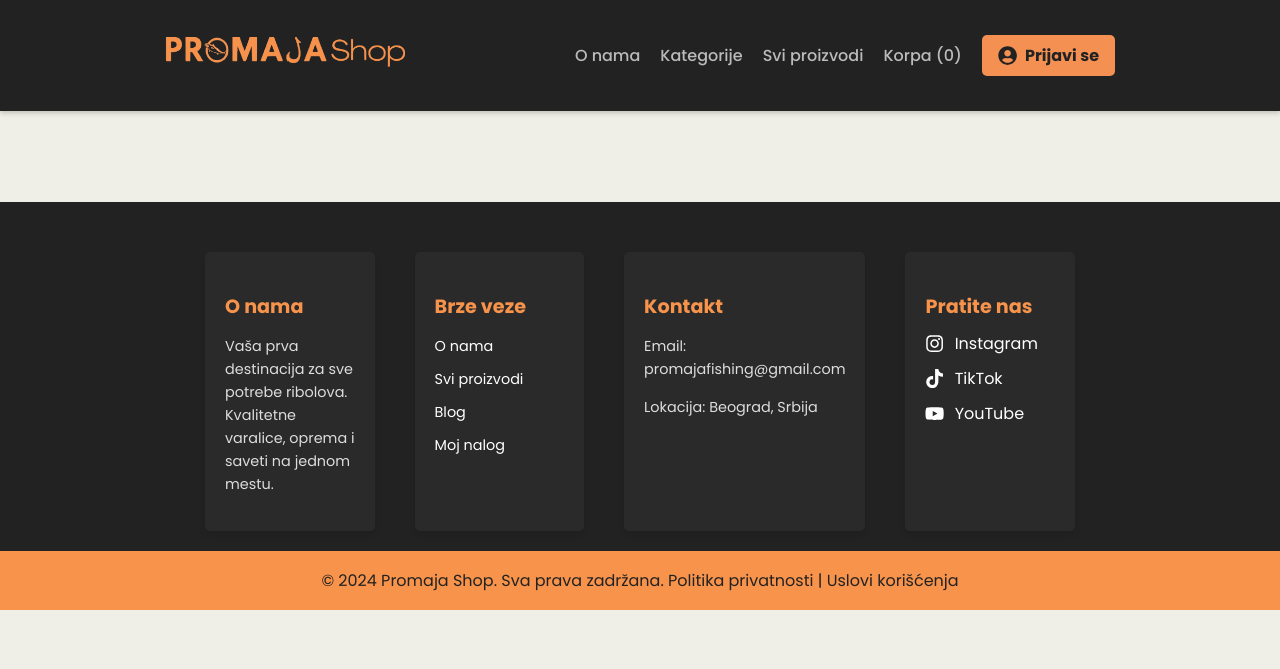
Repository: dimitrijekokovic/PromajaShopFront
Page: /products
These files come from the project's save history. The page is drawn as it stood at one moment and after the next save; the edit follows.
The browser window is 1280 px wide. The pictures show the whole page.
The page's requests for data from a server got no answer. The project was rebuilt for these pictures with package versions that can differ from the ones it lists, and the page was loaded fresh each time. The framework's server and built-in components were replaced by stand-ins that run in the browser. No one was signed in, and anything a server would have sent is missing. Also part of the build but not shown: next.config.js, next.config.mjs, lib/colors.js, components/Button.js, components/icons/CartIcon.js, components/ProductBox.js.

Above is the page before, as saved 2025-01-25 01:35:48.

### pages/_app.js
import React, { useEffect } from "react";
import { SessionProvider } from "next-auth/react";
import { CartContextProvider } from "@/components/CartContext";
import AOS from "aos";
import "aos/dist/aos.css";
import { AnimatePresence, motion } from "framer-motion";
import { createGlobalStyle } from "styled-components";


const GlobalStyles = createGlobalStyle`
  body {
    background-color: #EFEFE8;
    padding: 0;
    margin: 0;
    font-family: 'Poppins', sans-serif;
  }
`;

export default function App({ Component, pageProps, router }) {
  useEffect(() => {
    AOS.init({
      duration: 1200, // Trajanje animacija
      once: true, // Animacije se dešavaju samo jednom
    });
  }, []);

  return (
    <>
    <GlobalStyles />
    <SessionProvider session={pageProps.session}>
      <CartContextProvider>
        <AnimatePresence mode="wait">
          <motion.div
             key={router.route}
             initial={{ opacity: 0, }}
             animate={{ opacity: 1, }}
             exit={{ opacity: 0 }}
             transition={{ duration: 0.3 }}
          >
            <Component {...pageProps} />
          </motion.div>
        </AnimatePresence>
      </CartContextProvider>
    </SessionProvider>
    </>
  );
}

### pages/_document.js
import Document, { Html, Head, Main, NextScript } from "next/document";
import { ServerStyleSheet } from "styled-components";

export default class MyDocument extends Document {
  static async getInitialProps(ctx) {
    const sheet = new ServerStyleSheet();
    const originalRenderPage = ctx.renderPage;

    try {
      ctx.renderPage = () =>
        originalRenderPage({
          enhanceApp: (App) => (props) =>
            sheet.collectStyles(<App {...props} />),
        });

      const initialProps = await Document.getInitialProps(ctx);
      return {
        ...initialProps,
        styles: (
          <>
            {initialProps.styles}
            {sheet.getStyleElement()}
          </>
        ),
      };
    } finally {
      sheet.seal();
    }
  }

  render() {
    return (
      <Html lang="en">
        <Head>
          <link
            href="https://fonts.googleapis.com/css2?family=Poppins:wght@400;500;700&display=swap'"
            rel="stylesheet"
          />
        </Head>
        <body>
          <Main />
          <NextScript />
        </body>
      </Html>
    );
  }
}

### pages/products.js
import { useEffect, useState } from "react";
import { useRouter } from "next/router";
import axios from "axios";
import ProductsGrid from "@/components/ProductsGrid";
import Center from "@/components/Center";
import Title from "@/components/Title";
import Header from "@/components/Header";
import Footer from "@/components/Footer";

export default function ProductsPage() {
    const [products, setProducts] = useState([]);
    const [categoryName, setCategoryName] = useState("");
    const router = useRouter();
    const { category } = router.query;

    useEffect(() => {
        if (category) {
            axios.get(`/api/products?category=${category}`).then((res) => {
                setProducts(res.data);
                // Možda treba dodatni API poziv da se lepo ime kategorije dobije
                setCategoryName(category.charAt(0).toUpperCase() + category.slice(1));
            });
        } else {
            axios.get("/api/products").then((res) => {
                setProducts(res.data);
                setCategoryName("Svi Proizvodi");
            });
        }
    }, [category]);

    return (
        <>
        <Header></Header>
            <Center>
                <Title>{categoryName}</Title>
                <ProductsGrid products={products} />
            </Center>
            <Footer></Footer>
        </>
    );
}

### components/CartContext.js
// CartContext.js
import { createContext, useEffect, useState, useContext } from "react";

export const CartContext = createContext({});

export function CartContextProvider({ children }) {
  const ls = typeof window !== "undefined" ? window.localStorage : null;
  const [cartProducts, setCartProducts] = useState([]);
  const [user, setUser] = useState(null);

  // Učitavanje podataka o korisniku iz localStorage prilikom inicijalizacije
  useEffect(() => {
    if (ls && ls.getItem("user")) {
      try {
        const storedUser = ls.getItem("user");
        if (storedUser !== "undefined") {
          const parsedUser = JSON.parse(storedUser);
          if (parsedUser?.email) {
            setUser(parsedUser); // Postavi korisnika samo ako je validan
          } else {
            console.warn("Neispravan korisnik u localStorage, uklanjam.");
            ls.removeItem("user");
          }
        } else {
          console.warn("Stored user je undefined, preskačem parsing.");
        }
      } catch (error) {
        console.error("Greška prilikom parsiranja korisnika iz localStorage:", error);
        ls.removeItem("user");
      }
    }
  }, []);

  // Učitavanje proizvoda u korpi iz localStorage
  useEffect(() => {
    if (cartProducts?.length > 0) {
      ls?.setItem("cart", JSON.stringify(cartProducts));
    } else {
      ls?.removeItem("cart"); // Ako je korpa prazna, ukloni je iz localStorage
    }
  }, [cartProducts]);

  function addProduct(productId) {
    setCartProducts((prev) => [...prev, productId]);
  }

  function removeProduct(productId) {
    setCartProducts((prev) => {
      const pos = prev.indexOf(productId);
      if (pos !== -1) {
        return prev.filter((_, index) => index !== pos);
      }
      return prev;
    });
  }

  function clearCart() {
    setCartProducts([]);
    ls?.removeItem("cart"); // Obriši korpu iz localStorage
  }

  return (
    <CartContext.Provider
      value={{
        cartProducts,
        setCartProducts,
        addProduct,
        removeProduct,
        clearCart,
        user,
        setUser,
      }}
    >
      {children}
    </CartContext.Provider>
  );
}

export function useCart() {
  return useContext(CartContext);
}

### components/ProductsGrid.js
import styled from "styled-components";
import ProductBox from "./ProductBox";

const StyledProductsGrid = styled.div`
  display: grid;
  grid-template-columns: repeat(4, 1fr);
  gap: 20px;
  padding-bottom: 40px;

  @media (max-width: 768px) {
    grid-template-columns: repeat(2, 1fr);
    gap: 25px;
  }

  @media (max-width: 480px) {
    grid-template-columns: 1fr;
    gap: 10px;
    padding: 0 25px; /* Razmak sa strane */
  }
`;

export default function ProductsGrid({ products }) {
  return (
    <StyledProductsGrid>
      {products?.length > 0 &&
        products.map((product) => <ProductBox key={product._id} {...product} />)}
    </StyledProductsGrid>
  );
}

### components/Center.js
import { Children } from "react";
import styled from "styled-components";

const StyledDiv = styled.div`
  max-width: 950px;
  margin: 0 auto;
  padding: 0 ;
`;

export default function Center({ children }) {
  return (
    <StyledDiv>{children}</StyledDiv>
  );
}

### components/Title.js
const { default: styled } = require("styled-components");

const Title = styled.h1`
    font-size:2rem;
`;
export default Title;

### components/Header.js
import Link from "next/link";
import styled from "styled-components";
import Center from "./Center";
import Image from "next/image";
import { CartContext } from "./CartContext";
import { useContext, useState, useEffect } from "react";
import { FaUserCircle } from "react-icons/fa";
import CategoriesDropdown from "./CategoriesDropdown";

const StyledHeader = styled.header`
  background-color: #222;
  color: #FFA500;
  padding: 35px 25px;
  box-shadow: 0 2px 5px rgba(0, 0, 0, 0.2);
`;

const Wrapper = styled.div`
  display: flex;
  justify-content: space-between;
  align-items: center;
`;

const StyledNav = styled.nav`
  display: flex;
  gap: 20px;
  align-items: center;

  @media (max-width: 768px) {
    display: ${(props) => (props.open ? "flex" : "none")};
    flex-direction: column;
    position: absolute;
    top: 70px;
    left: 0;
    right: 0;
    background-color: #222;
    padding: 20px;
    border-radius: 0 0 10px 10px;
    z-index: 10;
    box-shadow: 0 2px 5px rgba(0, 0, 0, 0.3);
  }
`;

const NavLink = styled(Link)`
  color: #bbbbbb;
  text-decoration: none;
  font-size: 16px;
  font-weight: 500;
  line-height: 40px;
  display: flex;
  align-items: center;
  transition: color 0.3s ease;

  &:hover {
    color: #fff;
  }
`;

const LoginButton = styled(Link)`
  display: flex;
  align-items: center;
  justify-content: center;
  padding: 8px 16px;
  background-color: #f39052;
  color: #222222;
  text-decoration: none;
  border-radius: 5px;
  font-weight: bold;
  font-size: 16px;
  transition: background-color 0.3s ease;

  &:hover {
    background-color: #e69500;
  }

  svg {
    margin-right: 8px;
    font-size: 1.2rem;
  }
`;

const HamburgerMenu = styled.div`
  display: none;
  flex-direction: column;
  gap: 5px;
  cursor: pointer;

  div {
    width: 25px;
    height: 3px;
    background-color: #fff;
    border-radius: 2px;
  }

  @media (max-width: 768px) {
    display: flex;
  }
`;

const LogoWrapper = styled.div`
  max-width: 150px;

  @media (max-width: 768px) {
    max-width: 120px;
  }

  img {
    width: 100%;
    height: auto;
  }
`;

export default function Header() {
  const { cartProducts } = useContext(CartContext);
  const [isLoggedIn, setIsLoggedIn] = useState(false);
  const [menuOpen, setMenuOpen] = useState(false);

  useEffect(() => {
    const token = localStorage.getItem("token");
    setIsLoggedIn(!!token);
  }, []);

  return (
    <StyledHeader>
      <Center>
        <Wrapper>
          <Link href="/">
            <Image
              src="/logo.png"
              alt="PromajaShop Logo"
              width={240}
              height={30}
              priority
            />
          </Link>
          <HamburgerMenu onClick={() => setMenuOpen(!menuOpen)}>
            <div />
            <div />
            <div />
          </HamburgerMenu>
          <StyledNav open={menuOpen}>
            <NavLink href="/aboutus">O nama</NavLink>
            <CategoriesDropdown />
            <NavLink href="/products">Svi proizvodi</NavLink>
            <NavLink href="/cart">Korpa ({cartProducts?.length || 0})</NavLink>

            {isLoggedIn ? (
              <LoginButton href="/account">
                <FaUserCircle /> Moj nalog
              </LoginButton>
            ) : (
              <LoginButton href="/login">
                <FaUserCircle /> Prijavi se
              </LoginButton>
            )}
          </StyledNav>
        </Wrapper>
      </Center>
    </StyledHeader>
  );
}

### components/Footer.js
import Link from "next/link";
import styled from "styled-components";
import { FaInstagram, FaYoutube, FaTiktok } from "react-icons/fa";
import Center from "./Center";

const FooterContainer = styled.footer`
  background-color: #222;
  color: #fff;
  padding-top: 30px;
  margin-top:30px;
`;

const FooterContent = styled.div`
  display: grid;
  grid-template-columns: repeat(4, 1fr);
  gap: 40px;
  max-width: 1200px;
  margin: 0 auto;
  padding: 20px 40px;

  @media (max-width: 768px) {
    grid-template-columns: repeat(2, 1fr);
    gap: 20px;
  }

  @media (max-width: 480px) {
    grid-template-columns: 1fr;
    gap: 10px;
  }
`;


const FooterSection = styled.div`
  background-color: #2a2a2a; /* Tamnija pozadina unutar sekcija */
  padding: 20px;
  border-radius: 5px; /* Blagi zaobljeni uglovi */
  box-shadow: 0 4px 6px rgba(0, 0, 0, 0.1); /* Blagi efekat senke */

  h3 {
    margin-bottom: 10px;
    font-size: 1.2rem;
    text-align: left;
    color: #f7934b; /* Narandžasta za naslove */
  }

  p, ul {
    font-size: 0.9rem;
    line-height: 1.6;
    text-align: left;
    color: #ddd; /* Svetliji tekst */
  }

  ul {
    list-style: none;
    padding: 0;
  }

  li {
    margin-bottom: 10px;

    a {
      color: #fff;
      text-decoration: none;
      transition: color 0.3s ease; /* Tranzicija za hover efekat */

      &:hover {
        color: #ff6600; /* Promena boje na hover */
      }
    }
  }
`;

const SocialLinks = styled.div`
  display: flex;
  flex-direction: column;
  align-items: flex-start;

  a {
    display: flex;
    align-items: center;
    gap: 10px;
    margin-bottom: 10px;
    color: #fff;
    text-decoration: none;
    transition: color 0.3s ease; /* Tranzicija za hover efekat */

    &:hover {
      color: #f7934b; /* Promena boje na hover */
    }

    svg {
      font-size: 1.2rem;
    }
  }
`;


const LegalSection = styled.div`
  background-color: #f7934b;
  text-align: center;
  padding: 1px;
  color: #222222;
  font-size: 1rem; /* Povećan font */

  a {
    color: #222222;
    text-decoration: none;

    &:hover {
      text-decoration: underline;
    }
  }
`;

export default function Footer() {
    return (
      <FooterContainer>
        <Center>
        <FooterContent>
          <FooterSection>
            <h3>O nama</h3>
            <p>
              Vaša prva destinacija za sve potrebe ribolova. Kvalitetne varalice,
              oprema i saveti na jednom mestu.
            </p>
          </FooterSection>

          {/* Linkovi */}
          <FooterSection>
            <h3>Brze veze</h3>
            <ul>
              <li>
                <Link href="/aboutus" legacyBehavior>
                  <a>O nama</a>
                </Link>
              </li>
              <li>
                <Link href="/products" legacyBehavior>
                  <a>Svi proizvodi</a>
                </Link>
              </li>
              <li>
                <Link href="/blog" legacyBehavior>
                  <a>Blog</a>
                </Link>
              </li>
              <li>
                <Link href="/account" legacyBehavior>
                  <a>Moj nalog</a>
                </Link>
              </li>
            </ul>
          </FooterSection>

          {/* Kontakt informacije */}
          <FooterSection>
          <h3>Kontakt</h3>
          <p>Email: promajafishing@gmail.com</p>
          <p>Lokacija: Beograd, Srbija</p>
          </FooterSection>

          {/* Društvene mreže */}
          <FooterSection>
            <h3>Pratite nas</h3>
            <SocialLinks>
            <Link  href="https://www.instagram.com/promajafishing/" legacyBehavior>
                <a target="_blank">
                  <FaInstagram /> Instagram
                </a>
              </Link>
              <Link href="https://www.tiktok.com/@promajafishing?lang=en" legacyBehavior>
                <a target="_blank">
                  <FaTiktok /> TikTok
                </a>
              </Link>

              <Link href="https://www.youtube.com/@PromajaFishing" legacyBehavior>
                <a target="_blank">
                  <FaYoutube /> YouTube
                </a>
              </Link>
            </SocialLinks>
          </FooterSection>
        </FooterContent>
        </Center>
        {/* Pravna napomena */}
        <LegalSection>
          <p>
            &copy; 2024 Promaja Shop. Sva prava zadržana.{" "}
            <Link href="/privatnost" legacyBehavior>
              <a>Politika privatnosti</a>
            </Link>{" "}
            |{" "}
            <Link href="/uslovi" legacyBehavior>
              <a>Uslovi korišćenja</a>
            </Link>
          </p>
        </LegalSection>
      </FooterContainer>
    );
  }

### components/CategoriesDropdown.js
import { useEffect, useState } from "react";
import styled from "styled-components";
import Link from "next/link";

const DropdownContainer = styled.div`
  position: relative;
`;

const Trigger = styled.div`
  cursor: pointer;
  color: ${(props) => (props.isActive ? "#ffa500" : "#bbbbbb")};
  font-size: 16px;
  font-weight: 500;

  &:hover {
    color: #fff;
  }

  @media (max-width: 768px) {
    font-size: 18px;
    padding: 10px;
    text-align: left;
  }
`;
const DropdownMenu = styled.ul`
  position: absolute;
  top: 100%;
  left: 0;
  background: #333;
  padding: 15px 20px;
  border-radius: 8px;
  box-shadow: 0 8px 15px rgba(0, 0, 0, 0.2);
  list-style: none;
  z-index: 10;
  display: ${(props) => (props.isOpen ? "block" : "none")};
  width: 250px;

  li {
    margin: 10px 0;
    font-size: 16px;
    position: relative;

    &:hover > ul {
      display: block;
    }
  }

  a {
    color: #fff;
    text-decoration: none;
    font-size: 15px;
    transition: all 0.3s ease-in-out;

    &:hover {
      color: #f7934b;
    }
  }

  @media (max-width: 768px) {
    display: none;
  }
`;

const SubMenu = styled.ul`
  position: absolute;
  top: 0;
  left: 100%;
  background: #444;
  padding: 10px 15px;
  border-radius: 8px;
  box-shadow: 0 8px 15px rgba(0, 0, 0, 0.2);
  list-style: none;
  display: none;
  width: 200px;

  li {
    margin-bottom: 10px;
  }

  a {
    color: #fff;
    text-decoration: none;
    font-size: 15px;

    &:hover {
      color: #f7934b;
    }
  }

  @media (max-width: 768px) {
    position: static;
    width: 100%;
    padding: 0;
    background: none;
    border: none;
    box-shadow: none;
  }
`;

const MobileMenu = styled.div`
  position: fixed;
  top: 0;
  left: 0;
  width: 100%;
  height: 100%;
  background: rgba(0, 0, 0, 0.95);
  color: #fff;
  z-index: 20;
  overflow-y: auto;
  padding: 20px;
  display: flex;
  flex-direction: column;
  align-items: flex-start;

  @media (min-width: 769px) {
    display: none;
  }

  button {
    position: absolute;
    top: 10px;
    right: 20px;
    background: none;
    border: none;
    color: #ffa500;
    font-size: 24px;
    font-weight: bold;
    cursor: pointer;
  }

  ul {
    list-style: none;
    padding: 0;
    margin: 0;
    text-align: left;
    width: 100%;
  }

  li {
    margin: 15px 0;
  }

  a {
    color: #fff;
    text-decoration: none;
    font-size: 18px;
    font-weight: bold;

    &:hover {
      color: #ffa500;
    }
  }
`;

const BackButton = styled.button`
  background: none;
  border: none;
  color: #ffa500;
  font-size: 18px;
  font-weight: bold;
  cursor: pointer;

  position: absoulte;
  left: 20px;
  top: 20px; /* Razmak od vrha */
`;

const CloseButton = styled.button`
  background: none;
  border: none;
  color: #ffa500;
  font-size: 18px;
  font-weight: bold;
  cursor: pointer;
  position: absolute;
  right: ;
  top: 20px; /* Razmak od vrha */
`;

export default function CategoriesDropdown() {
  const [categories, setCategories] = useState([]);
  const [isOpen, setIsOpen] = useState(false);
  const [currentMenu, setCurrentMenu] = useState("main"); // Track current menu (main or subcategories)
  const [showMobileMenu, setShowMobileMenu] = useState(false);
  let timeoutId;

  useEffect(() => {
    const fetchCategories = async () => {
      try {
        const res = await fetch("/api/categories");
        const data = await res.json();
        setCategories(data);
      } catch (error) {
        console.error("Greška pri učitavanju kategorija:", error);
      }
    };
    fetchCategories();
  }, []);

  const mainCategories = categories.filter((cat) => !cat.parent);

  const handleMouseEnter = () => {
    clearTimeout(timeoutId);
    setIsOpen(true);
  };

  const handleMouseLeave = () => {
    timeoutId = setTimeout(() => setIsOpen(false), 50);
  };

  const renderMenuItems = () => {
    if (currentMenu === "main") {
      return mainCategories.map((mainCategory) => (
        <li key={mainCategory._id}>
          <a
            href="#"
            onClick={(e) => {
              e.preventDefault();
              const hasSubcategories = categories.some(
                (cat) => cat.parent?._id === mainCategory._id
              );
              if (hasSubcategories) {
                setCurrentMenu(mainCategory._id);
              } else {
                setShowMobileMenu(false); // Zatvara hamburger meni
              }
            }}
          >
            {mainCategory.name}
          </a>
        </li>
      ));
    } else {
      const subCategories = categories.filter(
        (cat) => cat.parent?._id === currentMenu
      );
      return (
        <>
          <BackButton onClick={() => setCurrentMenu("main")}>← Nazad</BackButton>
          {subCategories.map((subCategory) => (
            <li key={subCategory._id}>
              <Link
                href={`/categories/${subCategory.slug}`}
                onClick={() => {
                  setShowMobileMenu(false); // Zatvara hamburger meni
                  setCurrentMenu("main"); // Resetuje meni na glavni
                }}
              >
                {subCategory.name}
              </Link>
            </li>
          ))}
        </>
      );
    }
  };

  return (
    <>
      <DropdownContainer
        onMouseEnter={handleMouseEnter}
        onMouseLeave={handleMouseLeave}
      >
        <Trigger onClick={() => setShowMobileMenu(true)}>Kategorije</Trigger>
        <DropdownMenu isOpen={isOpen}>{renderMenuItems()}</DropdownMenu>
      </DropdownContainer>

      {showMobileMenu && (
        <MobileMenu>
          <CloseButton  onClick={() => setShowMobileMenu(false)}>× Zatvori</CloseButton >
          <ul>{renderMenuItems()}</ul>
        </MobileMenu>
      )}
    </>
  );
}

After the next save:
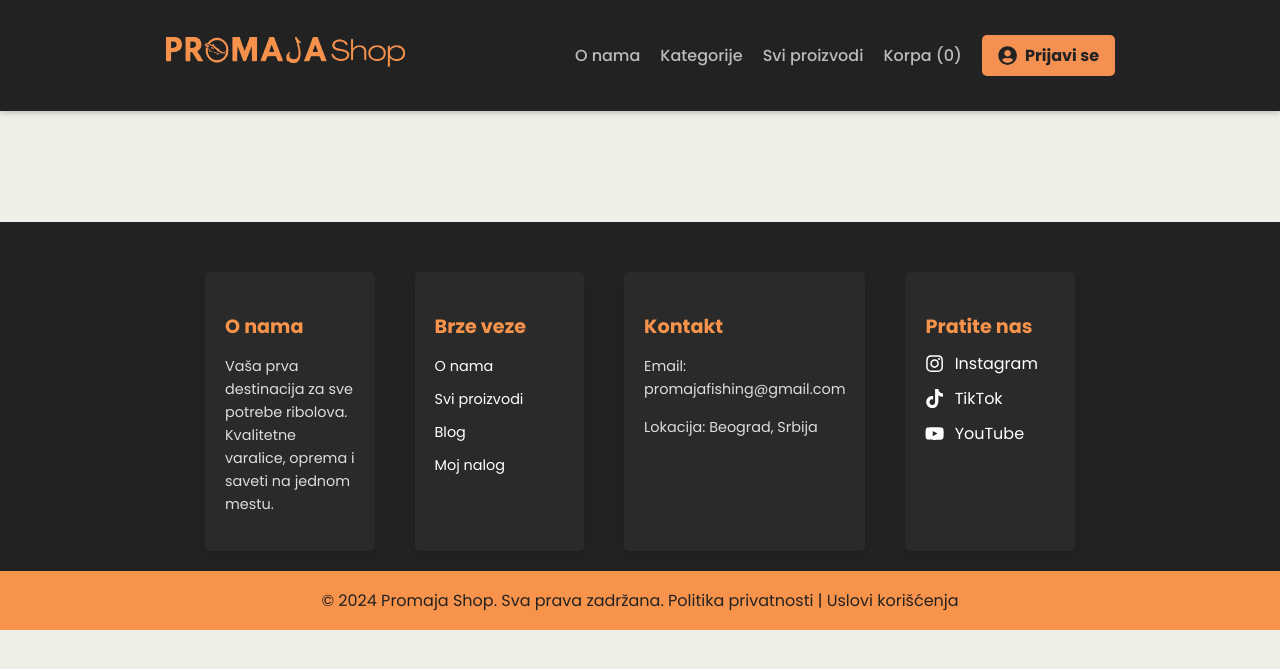
Saved 2 min 2 s later.
--- a/pages/products.js
+++ b/pages/products.js
@@ -1,41 +1,105 @@
 import { useEffect, useState } from "react";
 import { useRouter } from "next/router";
 import axios from "axios";
+import styled from "styled-components";
 import ProductsGrid from "@/components/ProductsGrid";
 import Center from "@/components/Center";
 import Title from "@/components/Title";
 import Header from "@/components/Header";
 import Footer from "@/components/Footer";
 
+const Pagination = styled.div`
+  display: flex;
+  justify-content: center;
+  margin-top: 20px;
+
+  button {
+    margin: 0 5px;
+    padding: 10px 15px;
+    background-color: #eee;
+    border: 1px solid #ccc;
+    border-radius: 5px;
+    cursor: pointer;
+    font-size: 14px;
+    color: #333;
+
+    &:hover {
+      background-color: #ddd;
+    }
+
+    &.active {
+      background-color: #f59051; /* Svetlija narandžasta */
+      color: #fff;
+
+      @media (max-width: 768px) {
+        background-color: #f58040; /* Još svetlija narandžasta za mobilne uređaje */
+      }
+    }
+  }
+`;
+
 export default function ProductsPage() {
-    const [products, setProducts] = useState([]);
-    const [categoryName, setCategoryName] = useState("");
-    const router = useRouter();
-    const { category } = router.query;
+  const [products, setProducts] = useState([]);
+  const [categoryName, setCategoryName] = useState("");
+  const [currentPage, setCurrentPage] = useState(1);
+  const [isMobile, setIsMobile] = useState(false);
+  const router = useRouter();
+  const { category } = router.query;
 
-    useEffect(() => {
-        if (category) {
-            axios.get(`/api/products?category=${category}`).then((res) => {
-                setProducts(res.data);
-                // Možda treba dodatni API poziv da se lepo ime kategorije dobije
-                setCategoryName(category.charAt(0).toUpperCase() + category.slice(1));
-            });
-        } else {
-            axios.get("/api/products").then((res) => {
-                setProducts(res.data);
-                setCategoryName("Svi Proizvodi");
-            });
-        }
-    }, [category]);
+  const productsPerPage = isMobile ? 5 : 8;
 
-    return (
-        <>
-        <Header></Header>
-            <Center>
-                <Title>{categoryName}</Title>
-                <ProductsGrid products={products} />
-            </Center>
-            <Footer></Footer>
-        </>
-    );
+  useEffect(() => {
+    const handleResize = () => {
+      setIsMobile(window.innerWidth <= 768);
+    };
+
+    handleResize();
+    window.addEventListener("resize", handleResize);
+    return () => window.removeEventListener("resize", handleResize);
+  }, []);
+
+  useEffect(() => {
+    if (category) {
+      axios.get(`/api/products?category=${category}`).then((res) => {
+        setProducts(res.data);
+        setCategoryName(category.charAt(0).toUpperCase() + category.slice(1));
+      });
+    } else {
+      axios.get("/api/products").then((res) => {
+        setProducts(res.data);
+        setCategoryName("Svi Proizvodi");
+      });
+    }
+  }, [category]);
+
+  const totalPages = Math.ceil(products.length / productsPerPage);
+  const startIndex = (currentPage - 1) * productsPerPage;
+  const endIndex = startIndex + productsPerPage;
+  const currentProducts = products.slice(startIndex, endIndex);
+
+  const handlePageChange = (page) => {
+    setCurrentPage(page);
+  };
+
+  return (
+    <>
+      <Header />
+      <Center>
+        <Title>{categoryName}</Title>
+        <ProductsGrid products={currentProducts} />
+        <Pagination>
+          {Array.from({ length: totalPages }, (_, i) => (
+            <button
+              key={i}
+              onClick={() => handlePageChange(i + 1)}
+              className={currentPage === i + 1 ? "active" : ""}
+            >
+              {i + 1}
+            </button>
+          ))}
+        </Pagination>
+      </Center>
+      <Footer />
+    </>
+  );
 }
